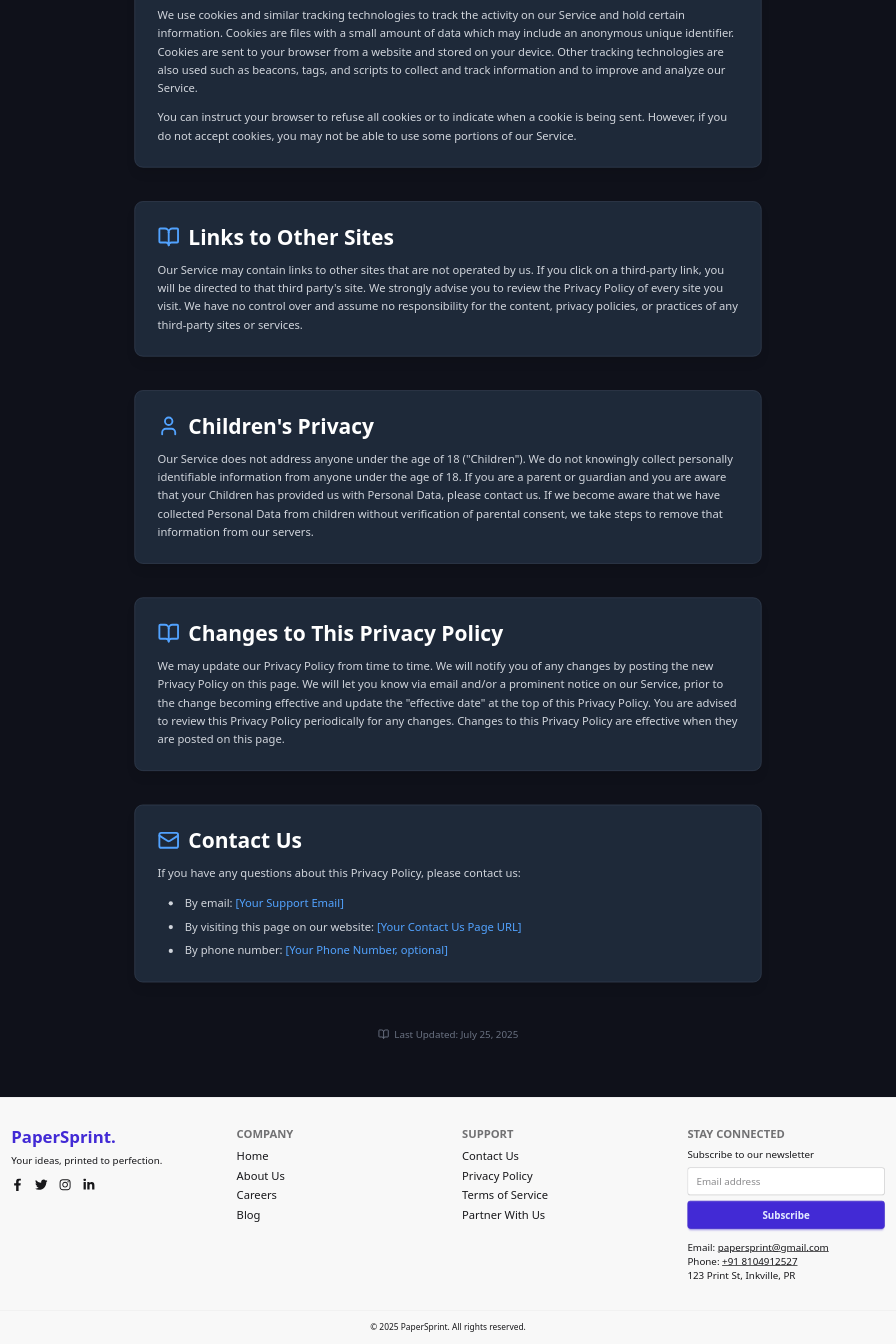
Repository: rakheOmar/print-sprint-2.0
Page: /privacy-policy (app in client/)
The author's editor kept a copy of each file at every save. The page is drawn from the files as they stood at one save, then again after the next save.
The browser window is 1280 px wide. The pictures show the part of the page from y = 3569 to 5489 px (the page is 5489 px tall before and 5187 px after), at 70% of full size.
The page's requests for data from a server got no answer. The project was rebuilt for these pictures with package versions that can differ from the ones it lists, and the page was loaded fresh each time. Some packages were replaced by stand-ins written for this rebuild. No one was signed in, and anything a server would have sent is missing. Also part of the build but not shown: client/vite.config.js, client/src/components/LoginPage.jsx, client/src/components/SignUpPage.jsx, client/src/components/AuthModal.jsx, client/src/components/PartnerWithUs.jsx, client/src/components/DocumentSubmit.jsx, client/src/components/PaymentButton.jsx, client/src/components/Cart.jsx and 6 more.

Above is the page before, as saved 2025-07-25 01:58:54.

After the next save:
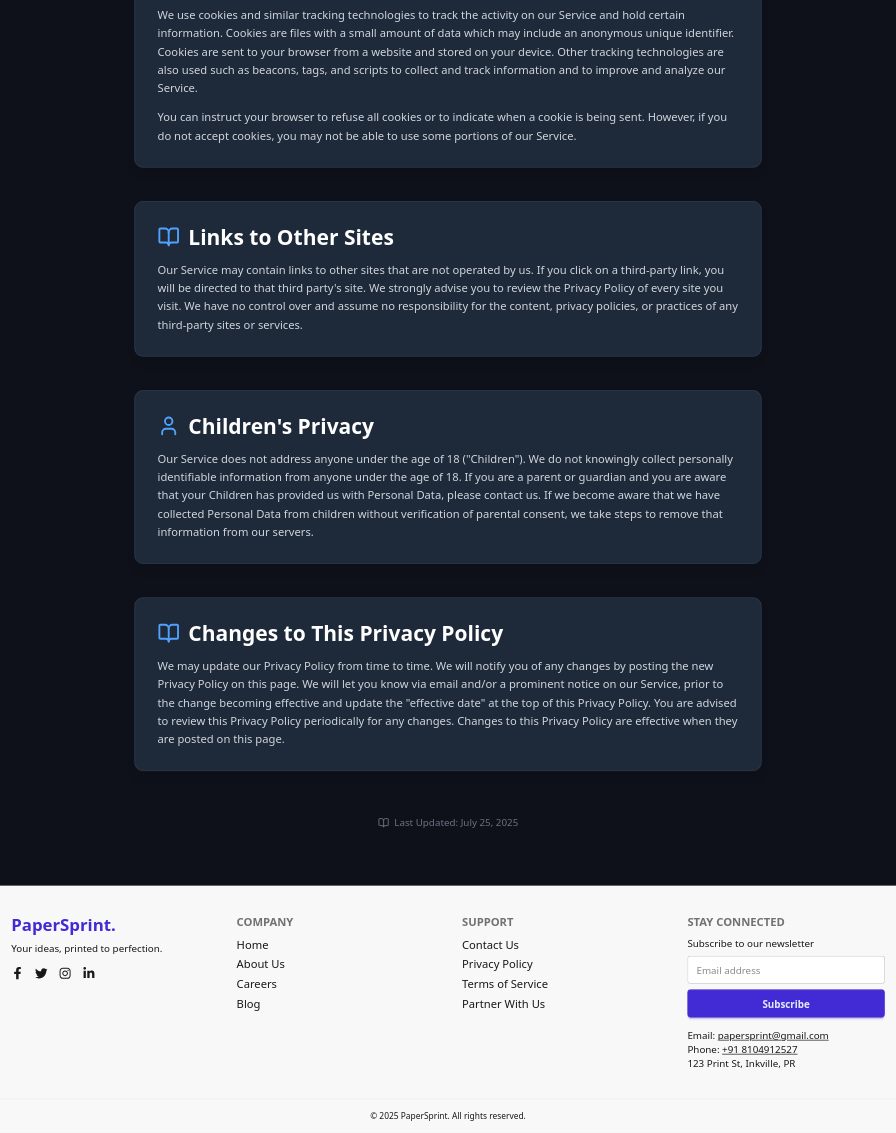
Saved 55 s later.
--- a/client/src/components/PrivacyPolicy.jsx
+++ b/client/src/components/PrivacyPolicy.jsx
@@ -183,7 +183,7 @@ const PrivacyPolicy = () => {
           </section>
 
           {/* 12. Contact Us */}
-          <section className="bg-gray-800 p-8 rounded-xl shadow-lg border border-gray-700 animate-fade-in-up delay-1100">
+          {/* <section className="bg-gray-800 p-8 rounded-xl shadow-lg border border-gray-700 animate-fade-in-up delay-1100">
             <h2 className="text-3xl font-bold text-white mb-4 flex items-center gap-3">
               <Mail className="text-blue-400 w-8 h-8" /> Contact Us
             </h2>
@@ -195,7 +195,7 @@ const PrivacyPolicy = () => {
               <li>By visiting this page on our website: <a href="[Your Contact Us Page URL]" className="text-blue-400 hover:underline">[Your Contact Us Page URL]</a></li>
               <li>By phone number: <span className="text-blue-400">[Your Phone Number, optional]</span></li>
             </ul>
-          </section>
+          </section> */}
 
         </div>
 
